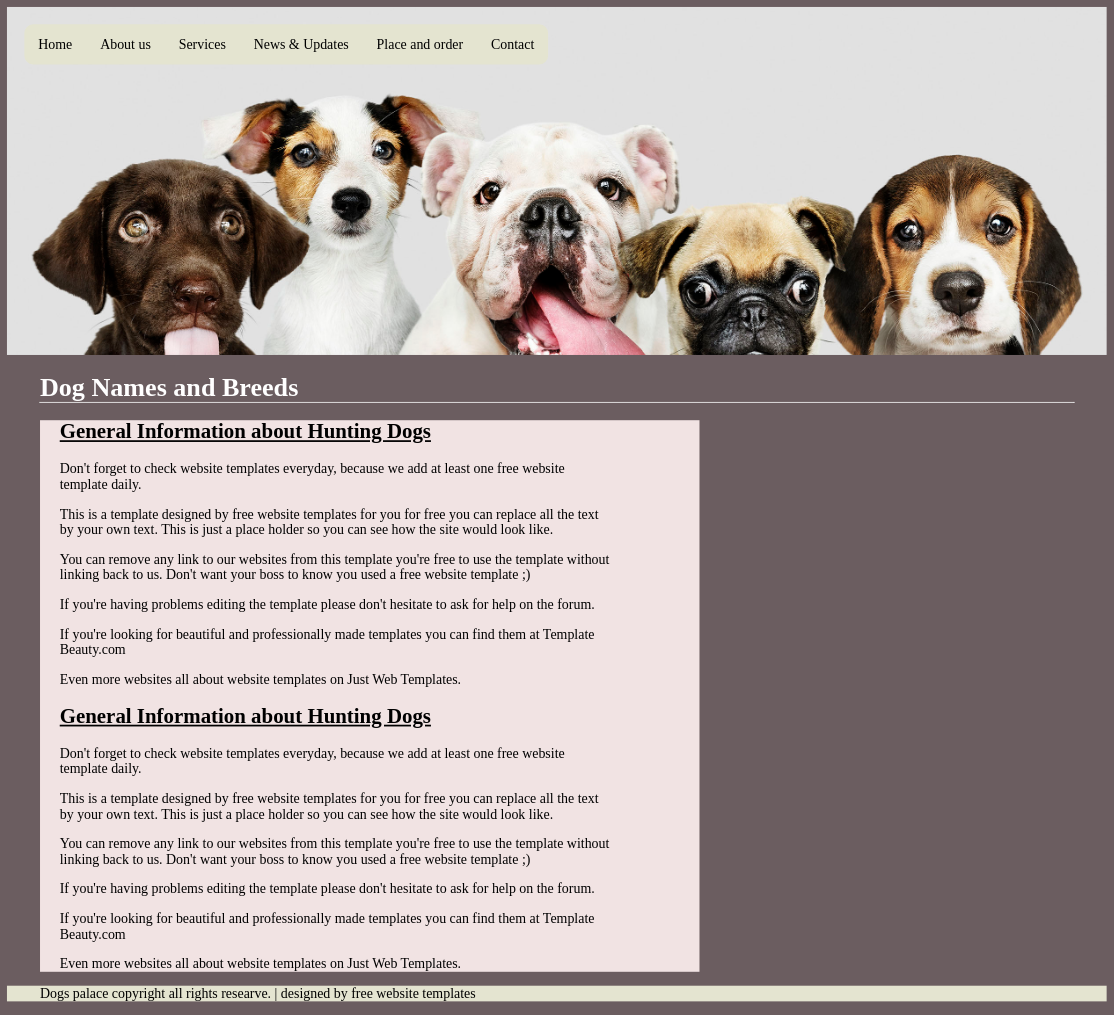
Repository: Tayma-Kazmouz/labwork
Page: index.html
These files come from the project's save history. The page is drawn as it stood at one moment and after the next save; the edit follows.
The browser window is 1280 px wide. The pictures show the whole page, at 87% of full size.

Above is the page before, as saved 2022-04-04 17:03:26.

### index.html
<!DOCTYPE html>
<html lang="en">
<head>
    <meta charset="UTF-8">
    <meta http-equiv="X-UA-Compatible" content="IE=edge">
    <meta name="viewport" content="width=device-width, initial-scale=1.0">
    <title>LabWork1</title>
    <link rel="stylesheet" href="styles.css">
</head>
<body>
    <div class="banner">
          <div class="nav">
            <ul>
                <li><a class="active" href="#">Home</a></li>
                <li><a href="#">About us</a></li>
                <li><a href="#">Services</a></li>
                <li><a href="#">News & Updates</a></li>
                <li><a href="#">Place and order</a></li>
                <li><a href="#">Contact</a></li>
            </ul>
        </div>
      </div>
      <h1>Dog Names and Breeds</h1>
      <hr style="margin-top: 0px; width: 94%; border-top: 0.5px;">
      <div class="container-one">

          <h2>General Information about Hunting Dogs</h2>
          <p>Don't forget to check website templates everyday, because we add at least one free website template daily.</p>
          <p>This is a template designed by free website templates for you for free you can replace all the text by your own text. This is just a place holder so you can see how the site would look like.</p>
          <p>You can remove any link to our websites from this template you're free to use the template without linking back to us. Don't want your boss to know you used a free website template ;)</p>
          <p>If you're having problems editing the template please don't hesitate to ask for help on the forum.</p>
          <p>If you're looking for beautiful and professionally made templates you can find them at Template Beauty.com</p>
          <p>Even more websites all about website templates on Just Web Templates.</p>

          <h2>General Information about Hunting Dogs</h2>
          <p>Don't forget to check website templates everyday, because we add at least one free website template daily.</p>
          <p>This is a template designed by free website templates for you for free you can replace all the text by your own text. This is just a place holder so you can see how the site would look like.</p>
          <p>You can remove any link to our websites from this template you're free to use the template without linking back to us. Don't want your boss to know you used a free website template ;)</p>
          <p>If you're having problems editing the template please don't hesitate to ask for help on the forum.</p>
          <p>If you're looking for beautiful and professionally made templates you can find them at Template Beauty.com</p>
          <p>Even more websites all about website templates on Just Web Templates.</p>
      </div>

      <div class="footer">
            <p class="reserved">Dogs palace copyright all rights researve. | designed by free website templates </p>
      </div>
</body>
</html>

### styles.css
body{
    background-color: rgb(107, 93, 96);
}

.banner{
    background-image: url(images/banner.jpg);
    height: 400px;
    position: relative;
    background-position: center;
    background-repeat: no-repeat;
    background-size: cover;
}

.nav{
    background-color: rgb(228, 228, 208);
    border-radius: 10px;
    width: auto;
    position: absolute;
    margin: 20px;
}
ul {
    list-style-type: none;
    margin: 0;
    padding: 0;
    overflow: hidden;
  }

  li {
    float: left;
  }

  li a {
    display: block;
    color: black;
    text-align: center;
    padding: 14px 16px;
    text-decoration: none;
  }

h1{
    color: white;
    font-weight: 600px;
    font-size: 30px;
    margin-bottom: 0;
    margin-left: 3%;
}

.container-one{
    background-color: rgb(241, 227, 227);
    position: relative;
    left: 3%;
    width: 60%;
    height: 95%;
}

h2{
    text-decoration: underline;
    padding-left: 3%;
    padding-right: 13%;
}

p{
    padding-left: 3%;
    padding-right: 13%;
}

.footer{
    background-color: rgb(228, 228, 208);
    width: 100%;
    position: relative;

}

After the next save:
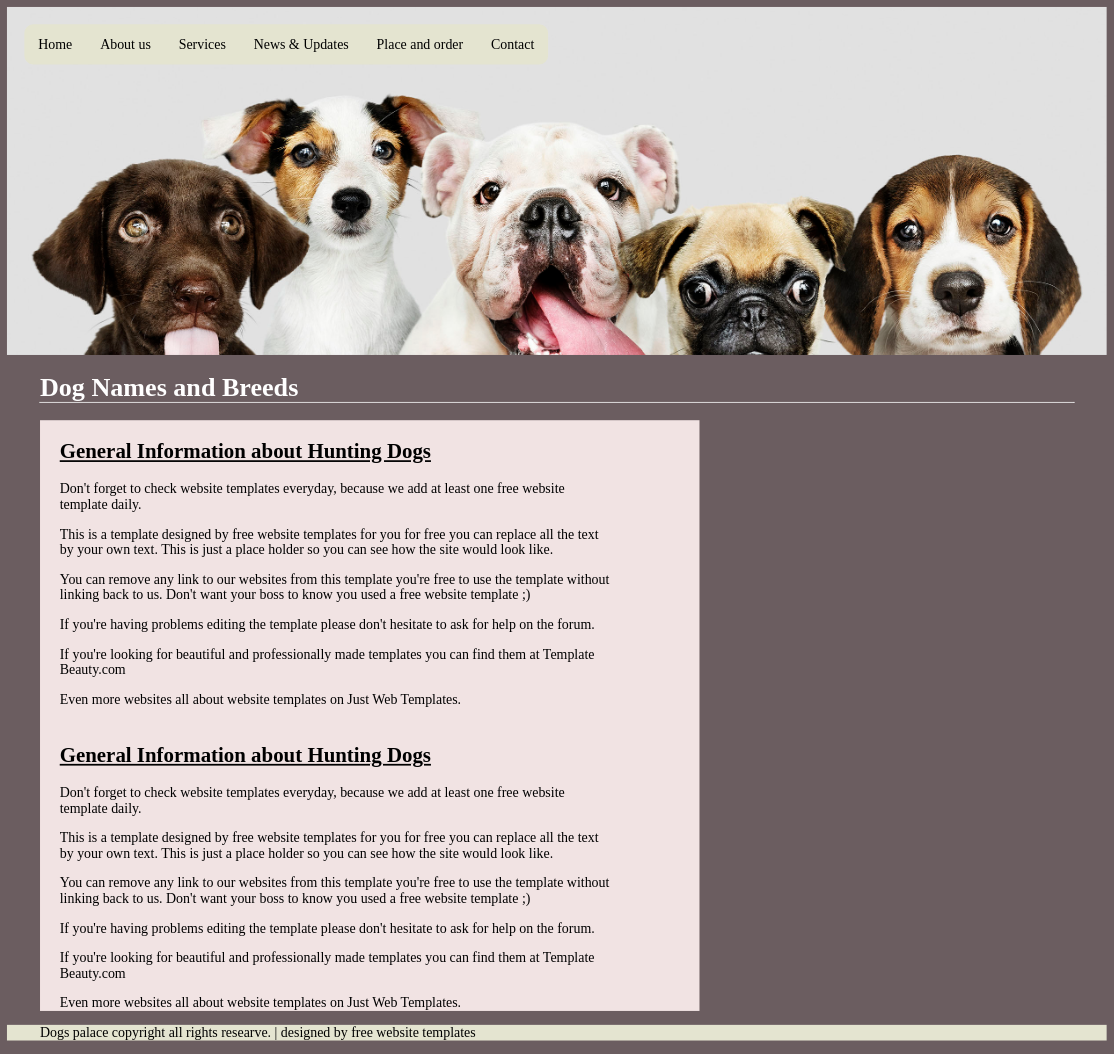
Saved 22 s later.
--- a/styles.css
+++ b/styles.css
@@ -57,6 +57,7 @@ h2{
     text-decoration: underline;
     padding-left: 3%;
     padding-right: 13%;
+    padding-top: 3%;
 }
 
 p{
